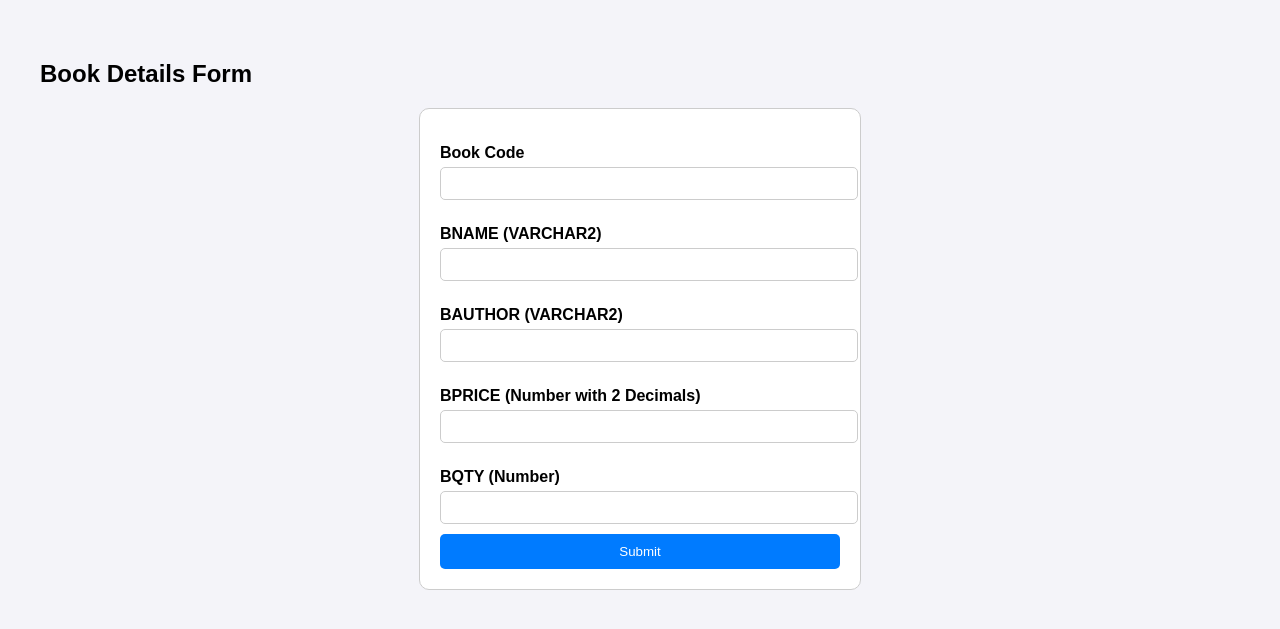
Repository: GokulLade/WebApps_with_Servlets_JSP
Page: 02_ReadDisplayBookDetails/src/main/webapp/index.html
The author's editor kept a copy of each file at every save. The page is drawn from the files as they stood at one save, then again after a run of saves.
The browser window is 1280 px wide. The pictures show the whole page.

Above is the page before, as saved 2024-11-30 11:01:18.

### 02_ReadDisplayBookDetails/src/main/webapp/index.html
<!DOCTYPE html>
<html lang="en">
<head>
    <meta charset="UTF-8">
    <meta name="viewport" content="width=device-width, initial-scale=1.0">
    <title>Book Details Form</title>
    <style>
        body {
            font-family: Arial, sans-serif;
            margin: 20px;
            padding: 20px;
            background-color: #f4f4f9;
        }
        form {
            max-width: 400px;
            margin: auto;
            padding: 20px;
            border: 1px solid #ccc;
            border-radius: 10px;
            background: #fff;
        }
        label {
            font-weight: bold;
            display: block;
            margin-top: 15px;
        }
        input[type="text"], input[type="number"] {
            width: 100%;
            padding: 8px;
            margin-top: 5px;
            margin-bottom: 10px;
            border: 1px solid #ccc;
            border-radius: 5px;
        }
        input[type="submit"] {
            background-color: #007BFF;
            color: #fff;
            padding: 10px;
            border: none;
            border-radius: 5px;
            cursor: pointer;
            width: 100%;
        }
        input[type="submit"]:hover {
            background-color: #0056b3;
        }
    </style>
</head>
<body>
    <h2>Book Details Form</h2>
    <form action="display" method="POST">
        <label for="bcode">Book Code</label>
        <input type="number" id="bcode" name="bcode" required>

        <label for="bname">BNAME (VARCHAR2)</label>
        <input type="text" id="bname" name="bname" maxlength="10" required>

        <label for="bauthor">BAUTHOR (VARCHAR2)</label>
        <input type="text" id="bauthor" name="bauthor" maxlength="10" required>

        <label for="bprice">BPRICE (Number with 2 Decimals)</label>
        <input type="number" id="bprice" name="bprice" step="0.01" required>

        <label for="bqty">BQTY (Number)</label>
        <input type="number" id="bqty" name="bqty" required>

        <input type="submit" value="Submit">
    </form>
</body>
</html>

After the next 3 saves:
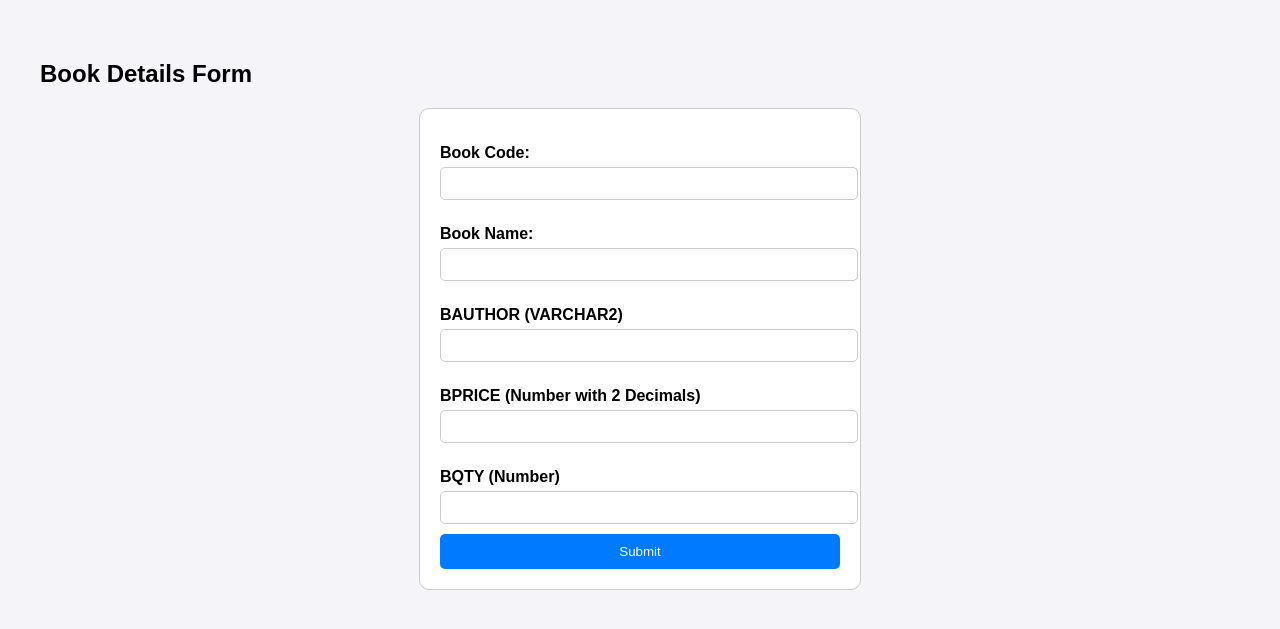
The 3 saves are shown as one change because they came seconds apart.
The last was saved 11 s later.
--- a/02_ReadDisplayBookDetails/src/main/webapp/index.html
+++ b/02_ReadDisplayBookDetails/src/main/webapp/index.html
@@ -49,10 +49,10 @@
 <body>
     <h2>Book Details Form</h2>
     <form action="display" method="POST">
-        <label for="bcode">Book Code</label>
+        <label for="bcode">Book Code: </label>
         <input type="number" id="bcode" name="bcode" required>
 
-        <label for="bname">BNAME (VARCHAR2)</label>
+        <label for="bname">Book Name: </label>
         <input type="text" id="bname" name="bname" maxlength="10" required>
 
         <label for="bauthor">BAUTHOR (VARCHAR2)</label>
